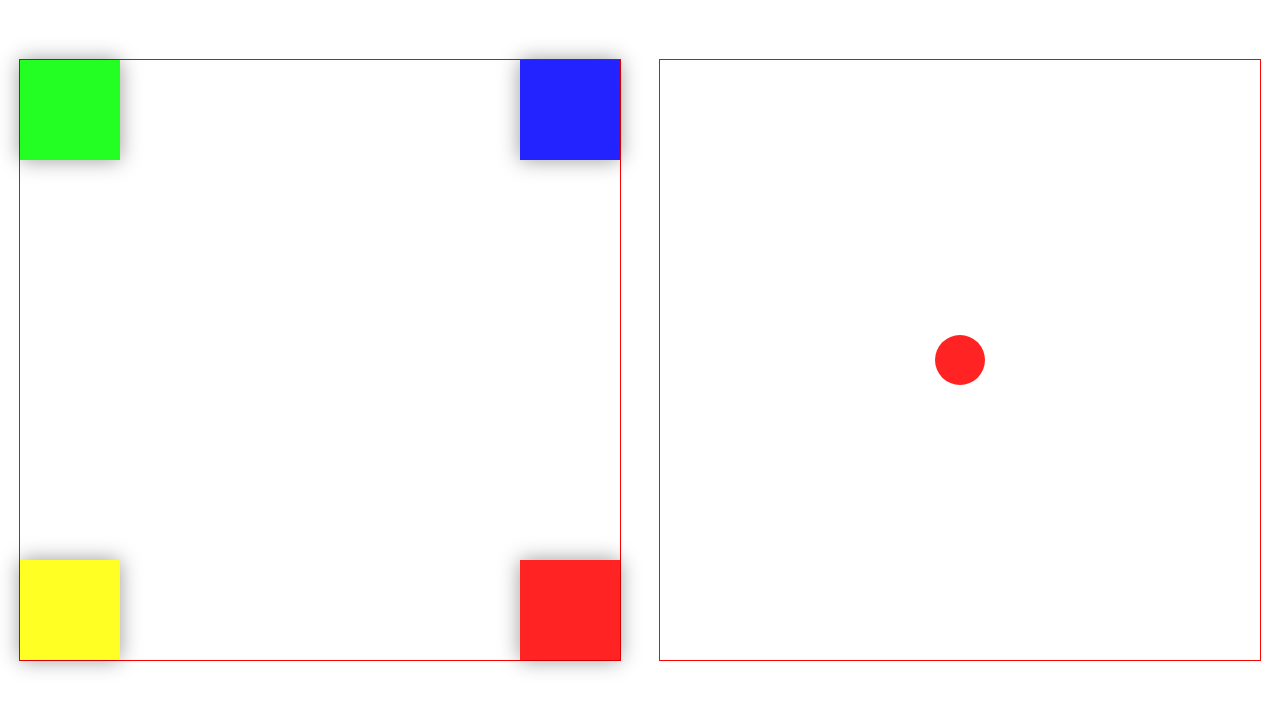
Repository: randgars/game
Page: index.html
An editor plug-in stored every save of this project. The page is shown before and after the next save, followed by the edit.
The browser window is 1280 px wide. The pictures show the whole page.

Above is the page before, as saved 2017-09-29 15:05:48.

After the next save:
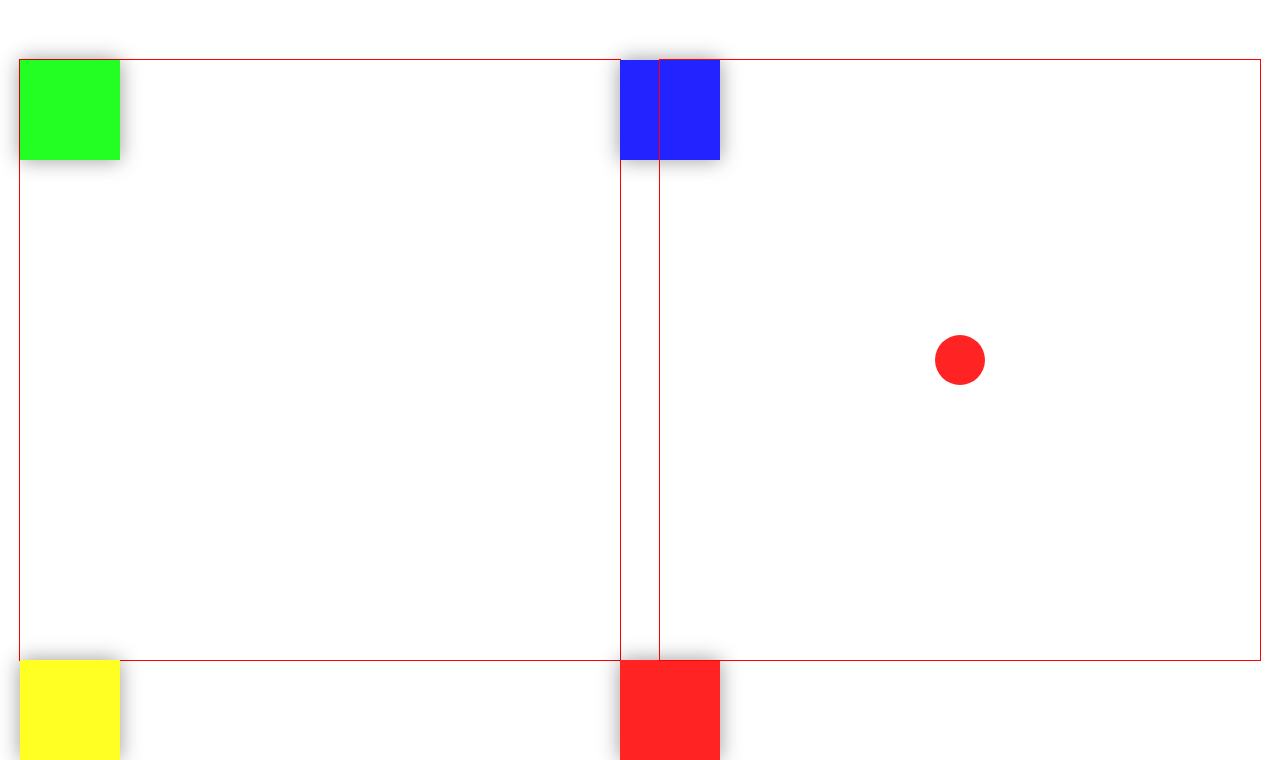
Saved 33 s later.
--- a/style.css
+++ b/style.css
@@ -24,8 +24,8 @@ body {
     animation-iteration-count: infinite;
     animation-timing-function: linear;
     background-color: rgba(35, 255, 35, 1);
-    top: 0;
-    left: 0;
+    top: 0%;
+    left: 0%;
 }
 .second {
     animation-name: second;
@@ -33,8 +33,8 @@ body {
     animation-iteration-count: infinite;
     animation-timing-function: linear;
     background-color: rgba(35, 35, 255, 1);
-    top: 0;
-    right: 0;
+    top: 0%;
+    left: 100%;
 }
 .third {
     animation-name: third;
@@ -42,8 +42,8 @@ body {
     animation-iteration-count: infinite;
     animation-timing-function: linear;
     background-color: rgb(255, 35, 35);
-    bottom: 0;
-    right: 0;
+    top: 100%;
+    left: 100%;
 }
 .fourth {
     animation-name: fourth;
@@ -51,8 +51,8 @@ body {
     animation-iteration-count: infinite;
     animation-timing-function: linear;
     background-color: rgba(255, 255, 35, 1);
-    bottom: 0;
-    left: 0;
+    top: 100%;
+    left: 0%;
 }
 
 .first:hover, .second:hover, .third:hover, .fourth:hoer {
@@ -67,8 +67,8 @@ body {
         background-color: rgba(35, 35, 255, 1);
     }
     50% {
-        bottom: 0;
-        right: 0;
+        top: 100%;
+        left: 100%;
         background-color: rgb(255, 35, 35);
     }
     75% {
@@ -86,8 +86,8 @@ body {
         background-color: rgb(255, 35, 35);
     }
     50% {
-        bottom: 0;
-        left: 0;
+        top: 100%;
+        left: 0%;
         background-color: rgba(255, 255, 35, 1);
     }
     75% {
@@ -105,8 +105,8 @@ body {
         background-color: rgba(255, 255, 35, 1);
     }
     50% {
-        top: 0;
-        left: 0;
+        top: 0%;
+        left: 0%;
         background-color: rgba(35, 255, 35, 1);
     }
     75% {
@@ -124,8 +124,8 @@ body {
         background-color: rgba(35, 255, 35, 1);
     }
     50% {
-        top: 0;
-        right: 0;
+        top: 0%;
+        left: 100%;
         background-color: rgba(35, 35, 255, 1);
     }
     75% {
